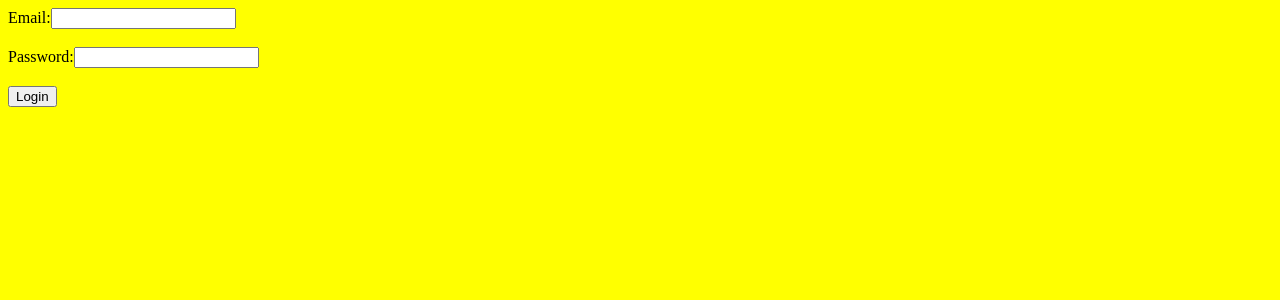
Repository: priyaadya/spring-practice-codes
Page: http://localhost/servletpractice/Login.jsp
An editor plug-in stored every save of this project. The page is shown before and after the next save, followed by the edit.
The browser window is 1280 px wide. The pictures show the whole page.
The page is served by Tomcat 9.

Above is the page before, as saved 2023-05-28 17:54:23.

After the next save:
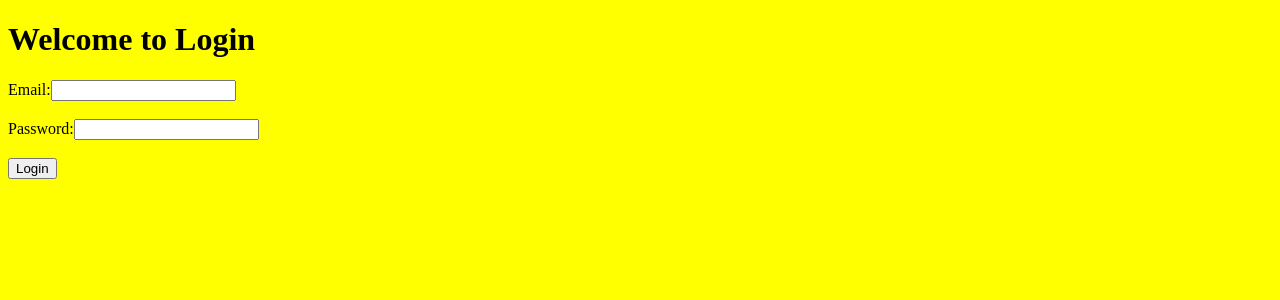
Saved 42 s later.
--- a/servletpractice/src/main/webapp/Login.jsp
+++ b/servletpractice/src/main/webapp/Login.jsp
@@ -8,6 +8,7 @@
 </head>
 <body bgcolor="yellow">
 <form action="ls">
+<h1>Welcome to Login</h1>
 Email:<input type="text" name="em"><br><br>
 Password:<input type="text" name="pa"><br><br>
 <input type="submit" value="Login"><br>
